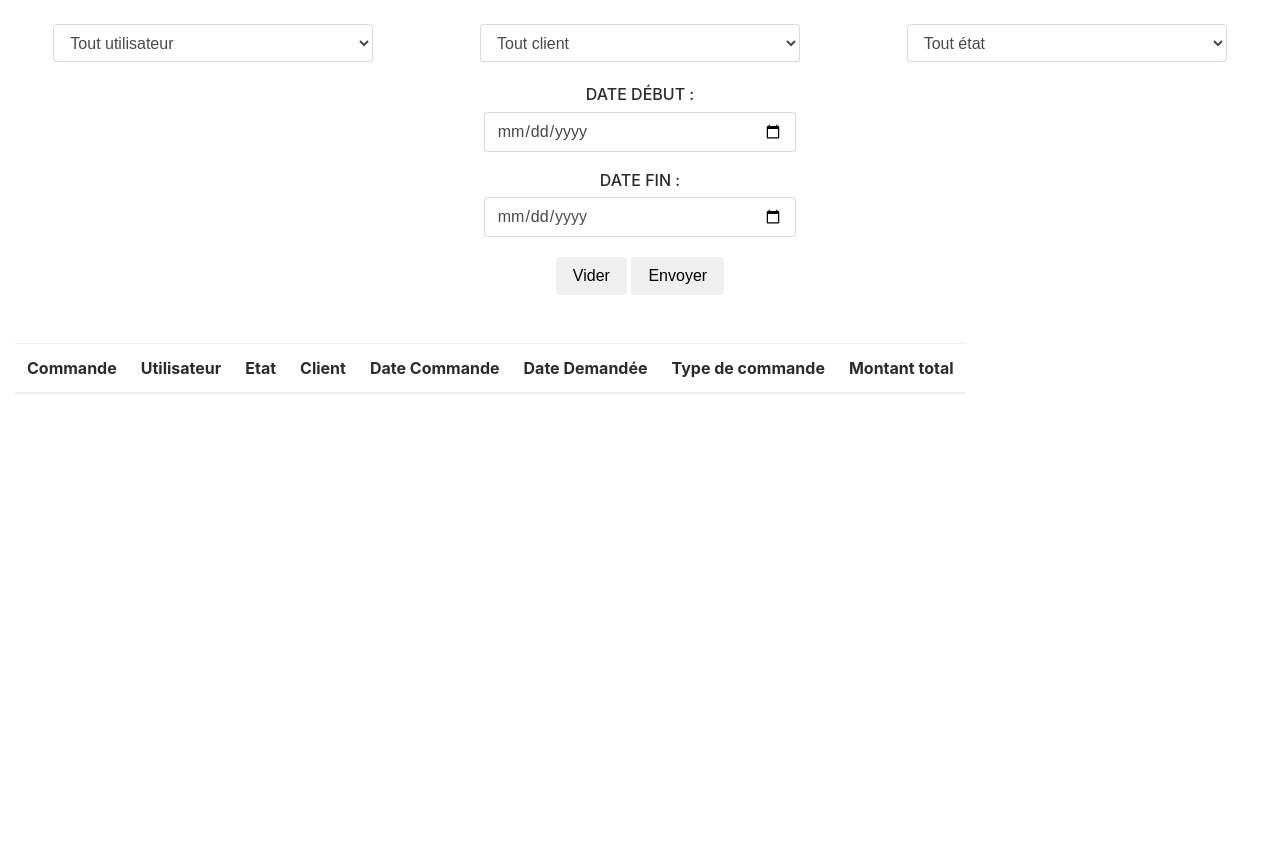
Repository: vmele/Cote
Page: http://localhost/PPE4_VMELE/reporting.jsp
The author's editor kept a copy of each file at every save. The page is drawn from the files as they stood at one save, then again after the next save.
The browser window is 1280 px wide. The pictures show the whole page.
Some web libraries are served in a nearby version. The page is served by Tomcat 9. Queries for data that is not in the repository find no rows.

Above is the page before, as saved 2017-05-31 16:46:26.
Console error (its wording comes from the project's code and is left out).

After the next save:
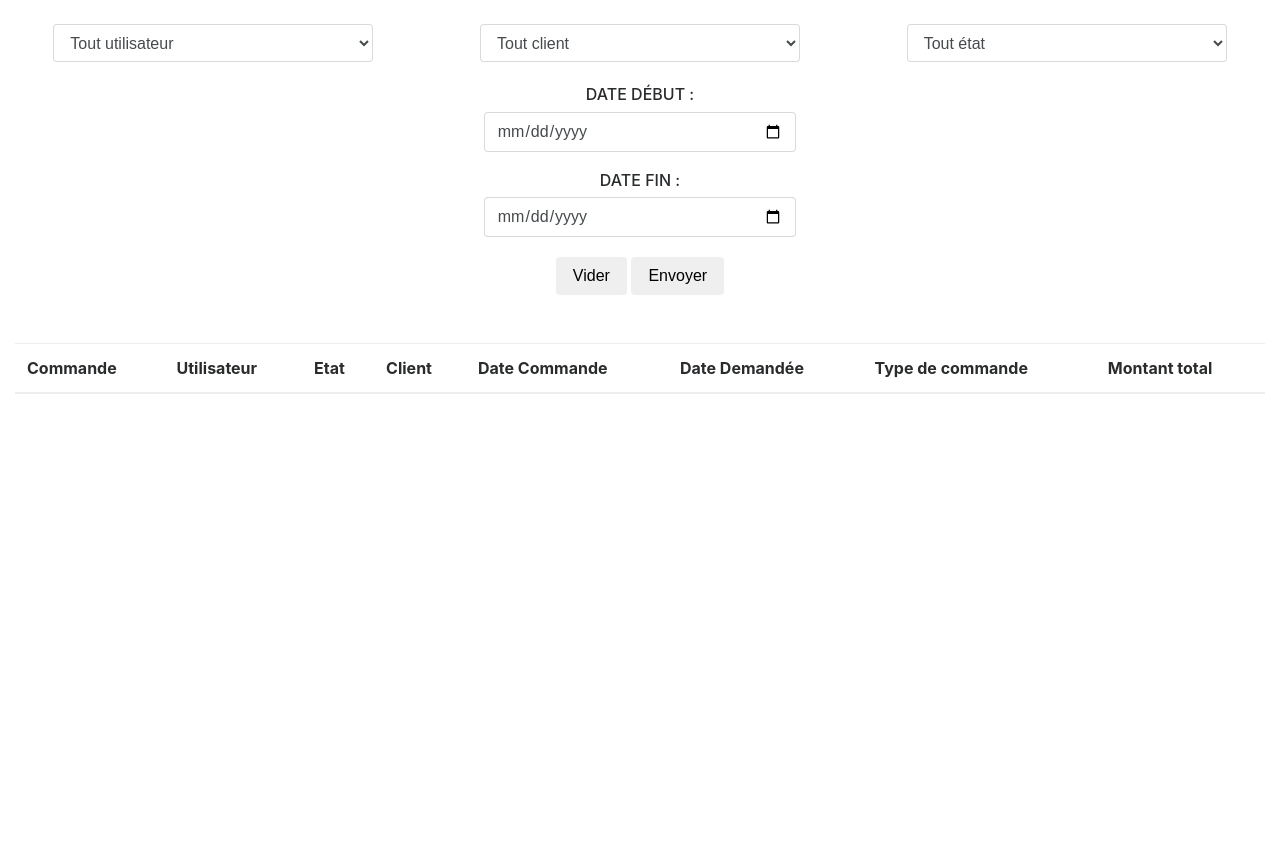
Saved 24 s later.
--- a/Workspace/PPE4_VMELE/WebContent/reporting.jsp
+++ b/Workspace/PPE4_VMELE/WebContent/reporting.jsp
@@ -216,7 +216,7 @@
 
 		<div class="table-responsive">
 			<table id="dataTable" cellspacing="0" width="100%"
-				class="table table-striped table-responsive">
+				class="table table-striped">
 				<thead>
 					<tr>
 						<th>Commande</th>
